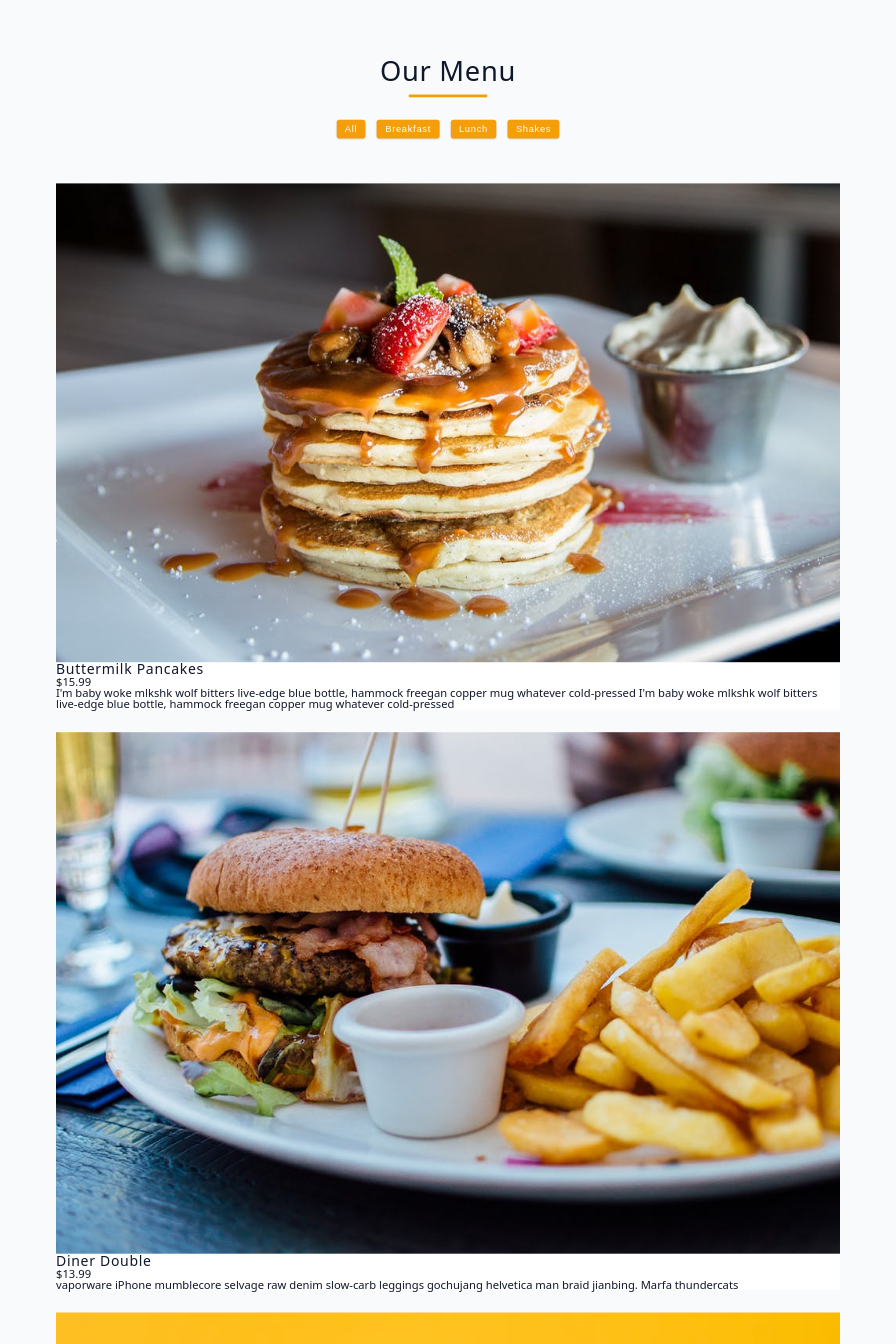
Repository: dydals3440/React-Projects
Page: / (app in 04-fundamental-projects/05-menu/starter/)
An editor plug-in stored every save of this project. The page is shown before and after the next save, followed by the edit.
The browser window is 1280 px wide. The pictures show the part of the page from y = 0 to 1920 px (the page is 8393 px tall before and 3242 px after), at 70% of full size.
The project was rebuilt for these pictures with package versions that can differ from the ones it lists, and the page was loaded fresh each time. Also part of the build but not shown: 04-fundamental-projects/05-menu/starter/vite.config.js.

Above is the page before, as saved 2023-09-07 13:56:38.

### 04-fundamental-projects/05-menu/starter/src/App.jsx
import { useState } from 'react';
import Title from './Title';
import menu from './data';
import Menu from './Menu';
import Categories from './Categories';

// const tempCategories = menu.map((item) => item.category);
// // 중복된 카테고리를 제외!
// const tempSet = new Set(tempCategories);
// const tempItems = ['all', ...tempSet];
// console.log(tempItems);

const allCategories = ['all', ...new Set(menu.map((item) => item.category))];

const App = () => {
  const [menuItems, setMenuItems] = useState(menu);
  const [categories, setCategories] = useState(allCategories);
  const filterItems = (category) => {
    if (category === 'all') {
      setMenuItems(menu);
      return;
    }
    const newItems = menu.filter((item) => item.category === category);
    setMenuItems(newItems);
  };

  return (
    <main>
      <section className='menu'>
        <Title text='our menu' />
        <Categories categories={categories} filterItems={filterItems} />
        <Menu items={menuItems} />
      </section>
    </main>
  );
};
export default App;

### 04-fundamental-projects/05-menu/starter/src/index.css
/* ============= GLOBAL CSS =============== */

*,
::after,
::before {
  margin: 0;
  padding: 0;
  box-sizing: border-box;
}

html {
  font-size: 100%;
} /*16px*/

:root {
  /* colors */
  --primary-100: #fef3c7;
  --primary-200: #fde68a;
  --primary-300: #fcd34d;
  --primary-400: #fbbf24;
  --primary-500: #f59e0b;
  --primary-600: #d97706;
  --primary-700: #b45309;
  --primary-800: #92400e;
  --primary-900: #78350f;

  /* grey */
  --grey-50: #f8fafc;
  --grey-100: #f1f5f9;
  --grey-200: #e2e8f0;
  --grey-300: #cbd5e1;
  --grey-400: #94a3b8;
  --grey-500: #64748b;
  --grey-600: #475569;
  --grey-700: #334155;
  --grey-800: #1e293b;
  --grey-900: #0f172a;
  /* rest of the colors */
  --black: #222;
  --white: #fff;
  --red-light: #f8d7da;
  --red-dark: #842029;
  --green-light: #d1e7dd;
  --green-dark: #0f5132;

  --small-text: 0.875rem;
  --extra-small-text: 0.7em;
  /* rest of the vars */
  --backgroundColor: var(--grey-50);
  --textColor: var(--grey-900);
  --borderRadius: 0.25rem;
  --letterSpacing: 1px;
  --transition: 0.3s ease-in-out all;
  --max-width: 1120px;
  --fixed-width: 600px;

  /* box shadow*/
  --shadow-1: 0 1px 3px 0 rgba(0, 0, 0, 0.1), 0 1px 2px 0 rgba(0, 0, 0, 0.06);
  --shadow-2: 0 4px 6px -1px rgba(0, 0, 0, 0.1),
    0 2px 4px -1px rgba(0, 0, 0, 0.06);
  --shadow-3: 0 10px 15px -3px rgba(0, 0, 0, 0.1),
    0 4px 6px -2px rgba(0, 0, 0, 0.05);
  --shadow-4: 0 20px 25px -5px rgba(0, 0, 0, 0.1),
    0 10px 10px -5px rgba(0, 0, 0, 0.04);
}

body {
  background: var(--backgroundColor);
  font-family: system-ui, -apple-system, BlinkMacSystemFont, 'Segoe UI', Roboto,
    Oxygen, Ubuntu, Cantarell, 'Open Sans', 'Helvetica Neue', sans-serif;
  font-weight: 400;
  line-height: 1;
  color: var(--textColor);
}
p {
  margin: 0;
}
h1,
h2,
h3,
h4,
h5 {
  margin: 0;
  font-family: var(--headingFont);
  font-weight: 400;
  line-height: 1;
  text-transform: capitalize;
  letter-spacing: var(--letterSpacing);
}

h1 {
  font-size: 3.052rem;
}

h2 {
  font-size: 2.441rem;
}

h3 {
  font-size: 1.953rem;
}

h4 {
  font-size: 1.563rem;
}

h5 {
  font-size: 1.25rem;
}

.text {
  margin-bottom: 1.5rem;
  max-width: 40em;
}

small,
.text-small {
  font-size: var(--small-text);
}

a {
  text-decoration: none;
}
ul {
  list-style-type: none;
  padding: 0;
}

.img {
  width: 100%;
  display: block;
  object-fit: cover;
}
/* buttons */

.btn {
  cursor: pointer;
  color: var(--white);
  background: var(--primary-500);
  border: transparent;
  border-radius: var(--borderRadius);
  letter-spacing: var(--letterSpacing);
  padding: 0.375rem 0.75rem;
  box-shadow: var(--shadow-1);
  transition: var(--transition);
  text-transform: capitalize;
  display: inline-block;
}
.btn:hover {
  background: var(--primary-700);
  box-shadow: var(--shadow-3);
}
.btn-hipster {
  color: var(--primary-500);
  background: var(--primary-200);
}
.btn-hipster:hover {
  color: var(--primary-200);
  background: var(--primary-700);
}
.btn-block {
  width: 100%;
}

/* alerts */
.alert {
  padding: 0.375rem 0.75rem;
  margin-bottom: 1rem;
  border-color: transparent;
  border-radius: var(--borderRadius);
}

.alert-danger {
  color: var(--red-dark);
  background: var(--red-light);
}
.alert-success {
  color: var(--green-dark);
  background: var(--green-light);
}
/* form */

.form {
  width: 90vw;
  max-width: var(--fixed-width);
  background: var(--white);
  border-radius: var(--borderRadius);
  box-shadow: var(--shadow-2);
  padding: 2rem 2.5rem;
  margin: 3rem auto;
}
.form-label {
  display: block;
  font-size: var(--small-text);
  margin-bottom: 0.5rem;
  text-transform: capitalize;
  letter-spacing: var(--letterSpacing);
}
.form-input,
.form-textarea {
  width: 100%;
  padding: 0.375rem 0.75rem;
  border-radius: var(--borderRadius);
  background: var(--backgroundColor);
  border: 1px solid var(--grey-200);
}

.form-row {
  margin-bottom: 1rem;
}

.form-textarea {
  height: 7rem;
}
::placeholder {
  font-family: inherit;
  color: var(--grey-400);
}
.form-alert {
  color: var(--red-dark);
  letter-spacing: var(--letterSpacing);
  text-transform: capitalize;
}
/* alert */

@keyframes spinner {
  to {
    transform: rotate(360deg);
  }
}

.loading {
  width: 6rem;
  height: 6rem;
  border: 5px solid var(--grey-400);
  border-radius: 50%;
  border-top-color: var(--primary-500);
  animation: spinner 0.6s linear infinite;
  margin: 0 auto;
}

/* title */

.title {
  text-align: center;
}

.title-underline {
  background: var(--primary-500);
  width: 7rem;
  height: 0.25rem;
  margin: 0 auto;
  margin-top: 1rem;
}
/* ============= PROJECT CSS =============== */
.menu {
  padding: 5rem 0;
}

.btn-container {
  margin: 2rem 0 4rem 0;
  display: flex;
  justify-content: center;
  flex-wrap: wrap;
  gap: 1rem;
}

.section-center {
  width: 90vw;
  margin: 0 auto;
  max-width: var(--max-width);
  display: grid;
  gap: 2rem;
}

.menu-item {
  background: var(--white);
  border-radius: var(--borderRadius);
}

### 04-fundamental-projects/05-menu/starter/src/Title.jsx
function Title({ text }) {
  return (
    <div className='title'>
      <h2>{text || 'Default Title'}</h2>
      <div className='title-underline'></div>
    </div>
  );
}

export default Title;

### 04-fundamental-projects/05-menu/starter/src/data.js
const menu = [
  {
    id: 1,
    title: 'buttermilk pancakes',
    category: 'breakfast',
    price: 15.99,
    img: '/images/item-1.jpeg',
    desc: `I'm baby woke mlkshk wolf bitters live-edge blue bottle, hammock freegan copper mug whatever cold-pressed I'm baby woke mlkshk wolf bitters live-edge blue bottle, hammock freegan copper mug whatever cold-pressed `,
  },
  {
    id: 2,
    title: 'diner double',
    category: 'lunch',
    price: 13.99,
    img: '/images/item-2.jpeg',
    desc: `vaporware iPhone mumblecore selvage raw denim slow-carb leggings gochujang helvetica man braid jianbing. Marfa thundercats `,
  },
  {
    id: 3,
    title: 'godzilla milkshake',
    category: 'shakes',
    price: 6.99,
    img: '/images/item-3.jpeg',
    desc: `ombucha chillwave fanny pack 3 wolf moon street art photo booth before they sold out organic viral.`,
  },
  {
    id: 4,
    title: 'country delight',
    category: 'breakfast',
    price: 20.99,
    img: '/images/item-4.jpeg',
    desc: `Shabby chic keffiyeh neutra snackwave pork belly shoreditch. Prism austin mlkshk truffaut, `,
  },
  {
    id: 5,
    title: 'egg attack',
    category: 'lunch',
    price: 22.99,
    img: '/images/item-5.jpeg',
    desc: `franzen vegan pabst bicycle rights kickstarter pinterest meditation farm-to-table 90's pop-up `,
  },
  {
    id: 6,
    title: 'oreo dream',
    category: 'shakes',
    price: 18.99,
    img: '/images/item-6.jpeg',
    desc: `Portland chicharrones ethical edison bulb, palo santo craft beer chia heirloom iPhone everyday`,
  },
  {
    id: 7,
    title: 'bacon overflow',
    category: 'breakfast',
    price: 8.99,
    img: '/images/item-7.jpeg',
    desc: `carry jianbing normcore freegan. Viral single-origin coffee live-edge, pork belly cloud bread iceland put a bird `,
  },
  {
    id: 8,
    title: 'american classic',
    category: 'lunch',
    price: 12.99,
    img: '/images/item-8.jpeg',
    desc: `on it tumblr kickstarter thundercats migas everyday carry squid palo santo leggings. Food truck truffaut  `,
  },
  {
    id: 9,
    title: 'quarantine buddy',
    category: 'shakes',
    price: 16.99,
    img: '/images/item-9.jpeg',
    desc: `skateboard fam synth authentic semiotics. Live-edge lyft af, edison bulb yuccie crucifix microdosing.`,
  },
];
export default menu;

### 04-fundamental-projects/05-menu/starter/src/Menu.jsx
import MenuItem from './MenuItem';

const Menu = ({ items }) => {
  return (
    <div className='section-center'>
      {items.map((menuItem) => {
        return <MenuItem key={menuItem.id} {...menuItem} />;
      })}
    </div>
  );
};

export default Menu;

### 04-fundamental-projects/05-menu/starter/src/Categories.jsx
const Categories = ({ categories, filterItems }) => {
  return (
    <div className='btn-container'>
      {categories.map((category) => {
        return (
          <button
            type='button'
            className='btn'
            key={category}
            // 카테고리를 통과해야하기 떄문에 화살표함수 기능을 제공해야함.
            onClick={() => filterItems(category)}
          >
            {category}
          </button>
        );
      })}
    </div>
  );
};

export default Categories;

### 04-fundamental-projects/05-menu/starter/src/MenuItem.jsx
const MenuItem = ({ img, title, price, desc }) => {
  return (
    <article className='menu-item'>
      <img src={img} alt={title} className='img' />
      <div className='item-info'>
        <header>
          <h5>{title}</h5>
          <span className='item-price'>${price}</span>
        </header>
        <p className='item-text'>{desc}</p>
      </div>
    </article>
  );
};

export default MenuItem;

Loaded but not shown: 04-fundamental-projects/05-menu/starter/index.html (common file); 04-fundamental-projects/05-menu/starter/src/main.jsx (common file)

After the next save:
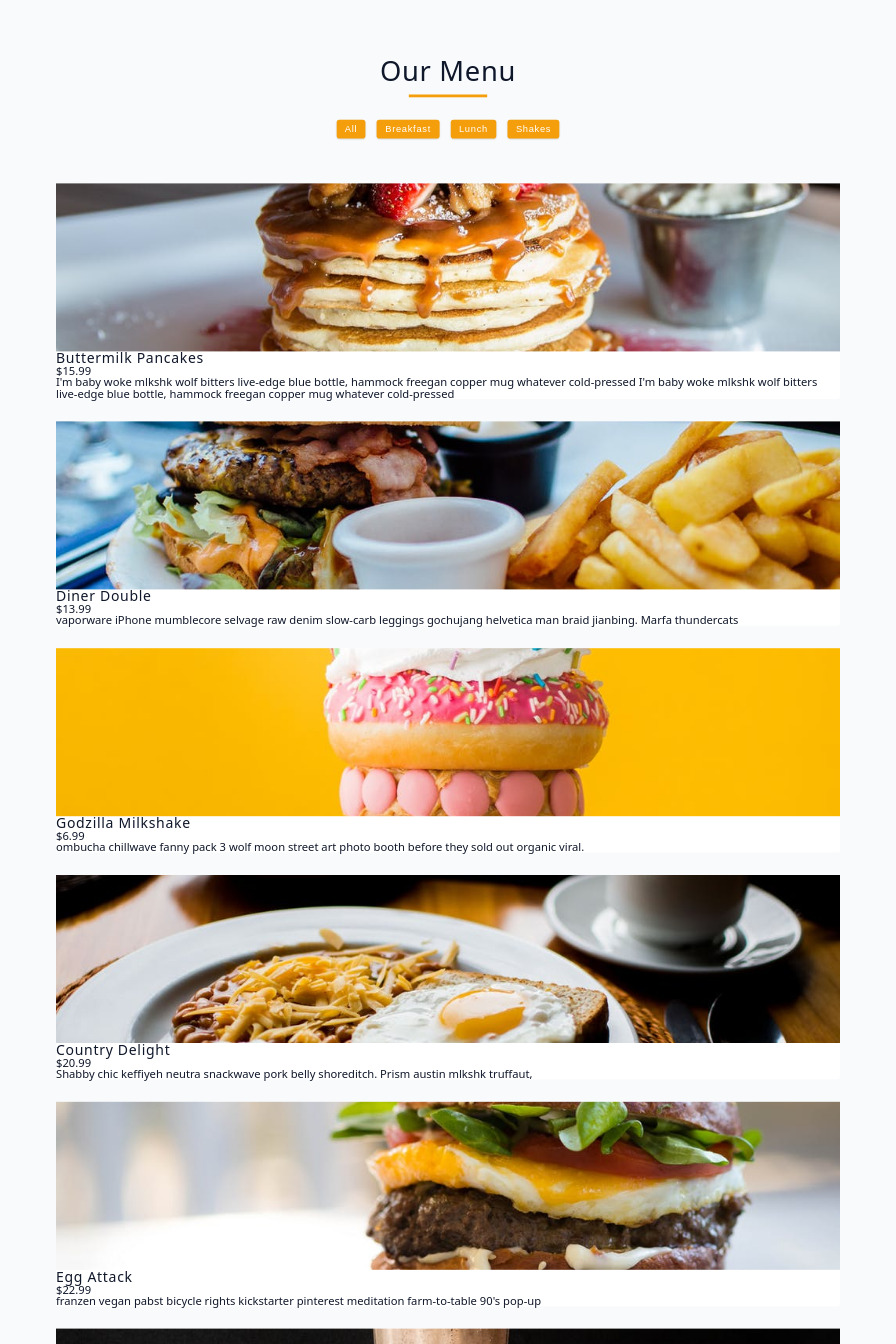
Saved 16 s later.
--- a/04-fundamental-projects/05-menu/starter/src/index.css
+++ b/04-fundamental-projects/05-menu/starter/src/index.css
@@ -277,3 +277,7 @@ ul {
   background: var(--white);
   border-radius: var(--borderRadius);
 }
+
+.menu-item .img {
+  height: 15rem;
+}
